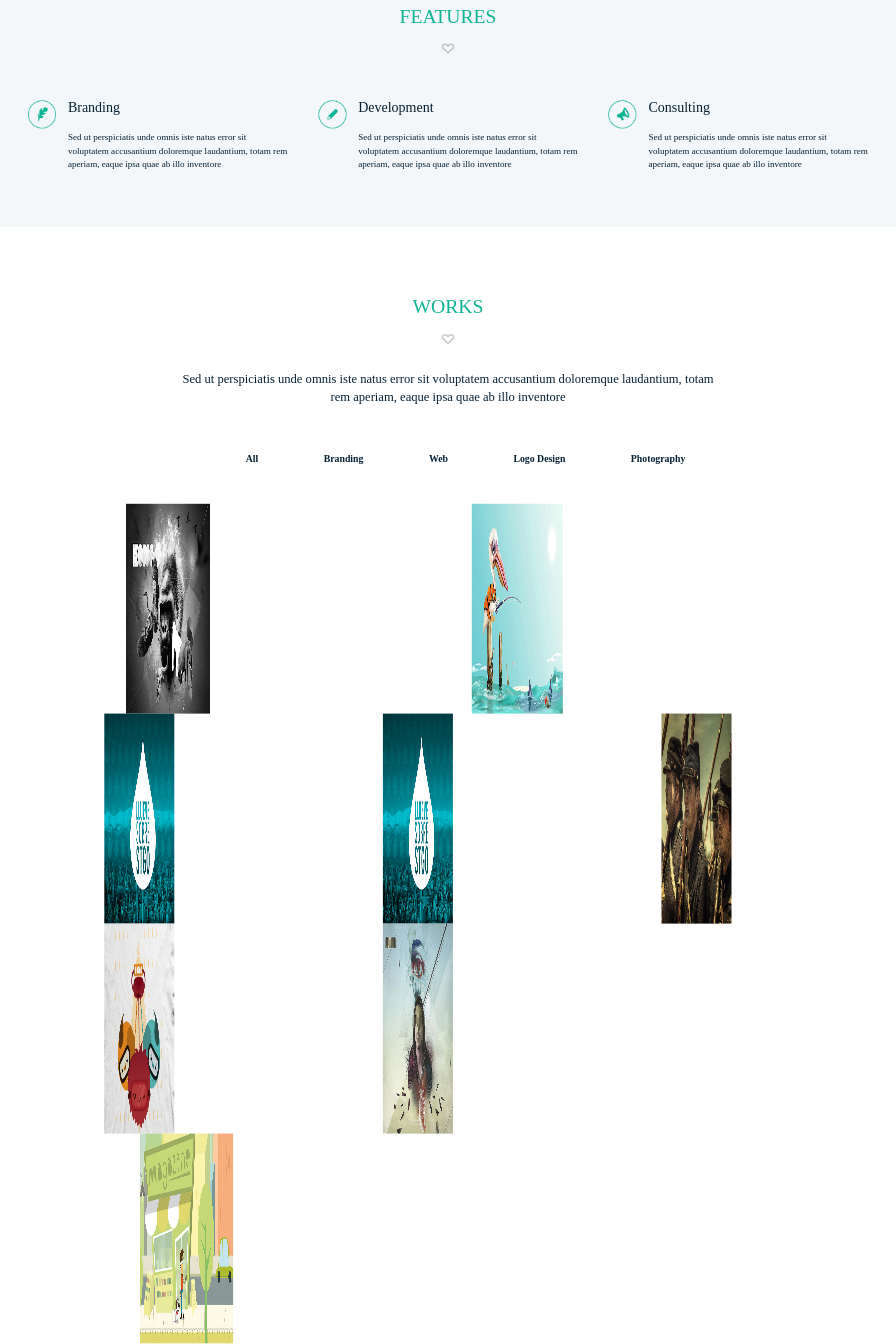
Repository: iravakilova/Brandi
Page: app/index.html
The author's editor kept a copy of each file at every save. The page is drawn from the files as they stood at one save, then again after the next save.
The browser window is 1280 px wide. The pictures show the part of the page from y = 908 to 2828 px (the page is 2828 px tall), at 70% of full size.

Above is the page before, as saved 2020-02-15 16:38:02.

After the next save:
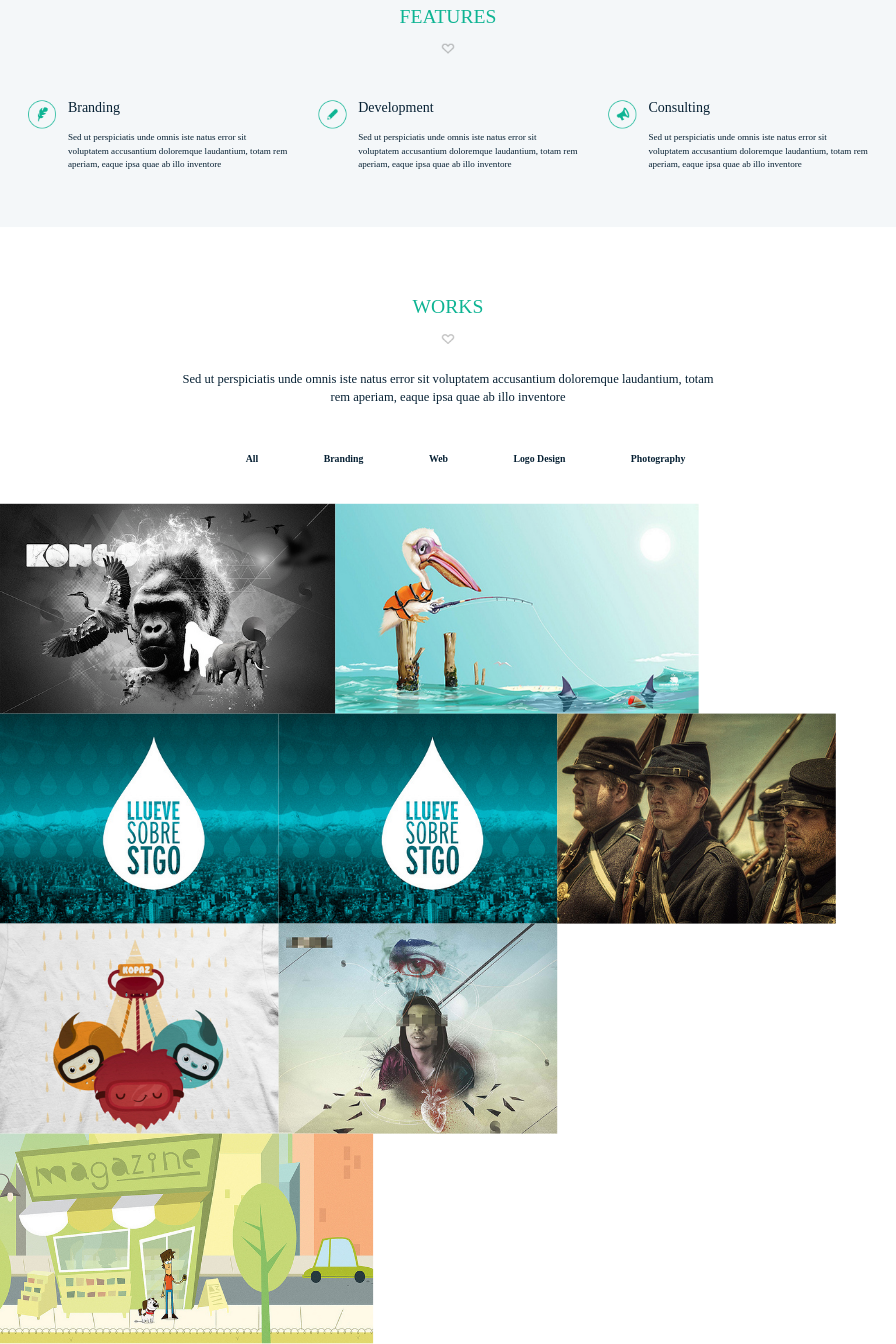
Saved 32 s later.
--- a/app/style.css
+++ b/app/style.css
@@ -169,6 +169,5 @@
     margin: 0px;
 }
 .galery__box img{
-    width: 25%;
     height: 300px;
 }
